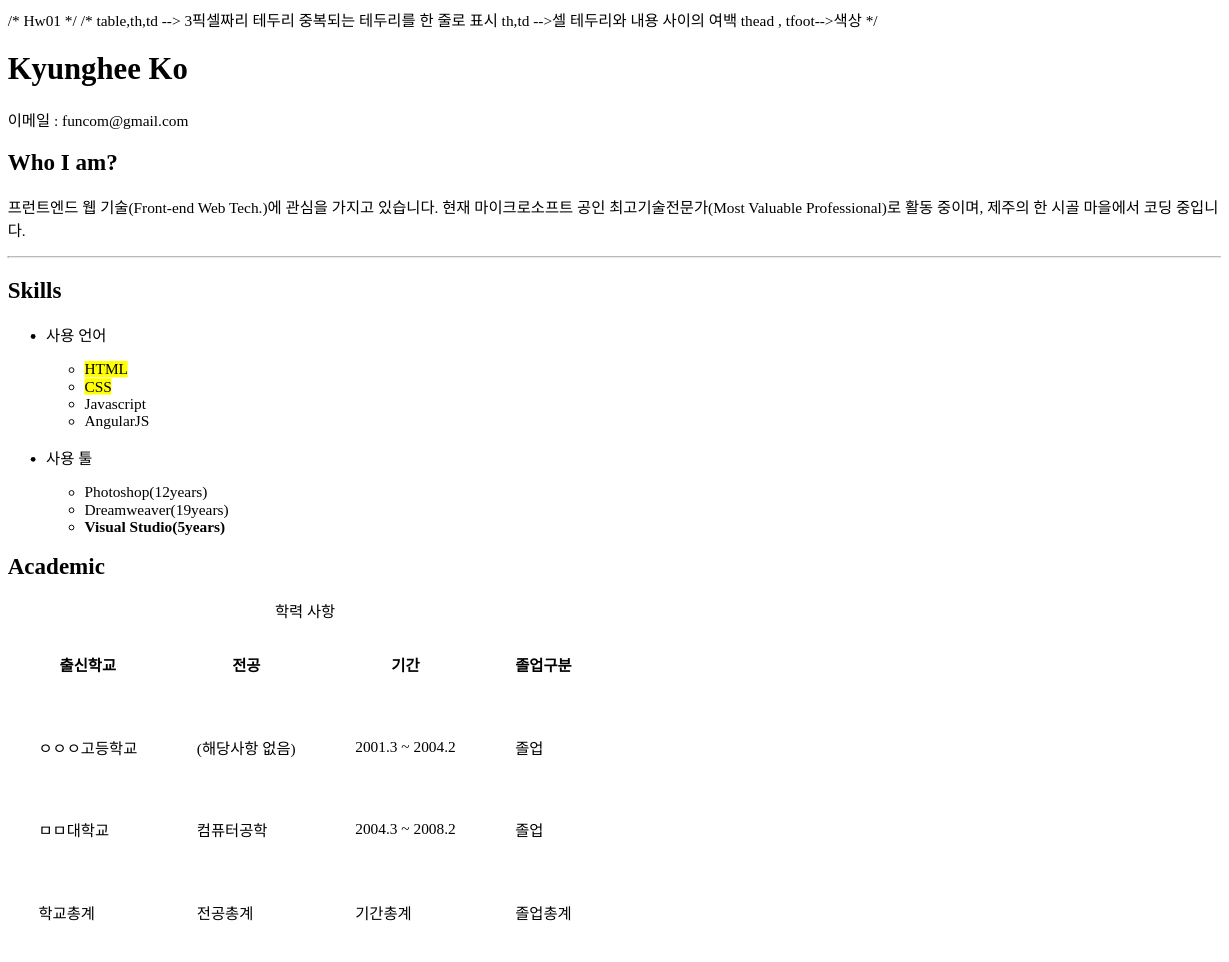
Repository: seulhwangbo/SeulJSP
Page: jspSrc17/webStandard01/src/main/webapp/02/resume.html
These files come from the project's save history. The page is drawn as it stood at one moment and after the next save; the edit follows.
The browser window is 1280 px wide. The pictures show the whole page, at 96% of full size.

Above is the page before, as saved 2024-06-13 07:54:07.

After the next save:
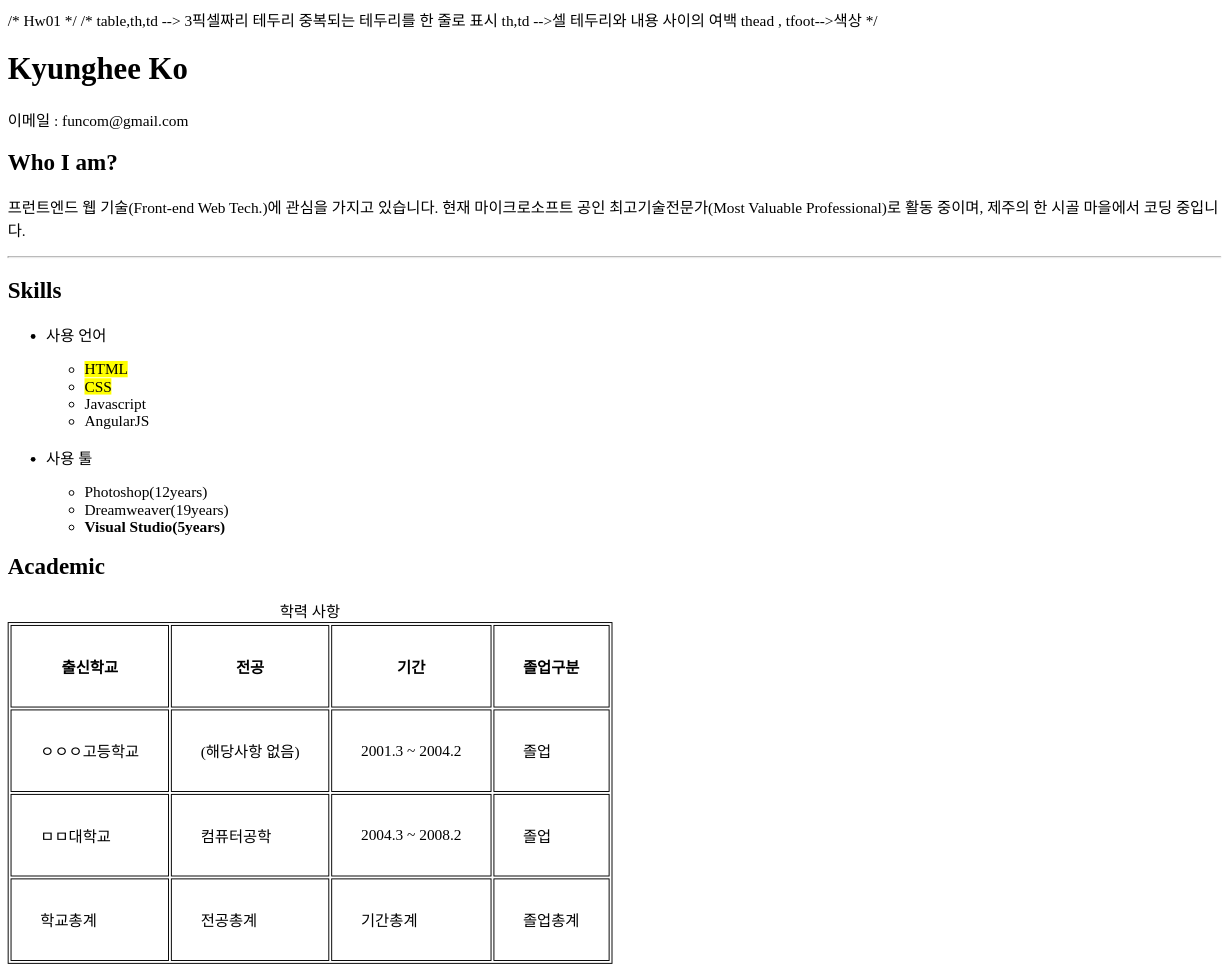
Saved 22 s later.
--- a/jspSrc17/webStandard01/src/main/webapp/02/resume.html
+++ b/jspSrc17/webStandard01/src/main/webapp/02/resume.html
@@ -12,7 +12,7 @@ thead , tfoot-->색상
 <title>Insert title here</title>
 <style type="text/css">
 table, th, td {
-	border: 1px;
+	border: 1px solid black;
 }
 
 th, td {
